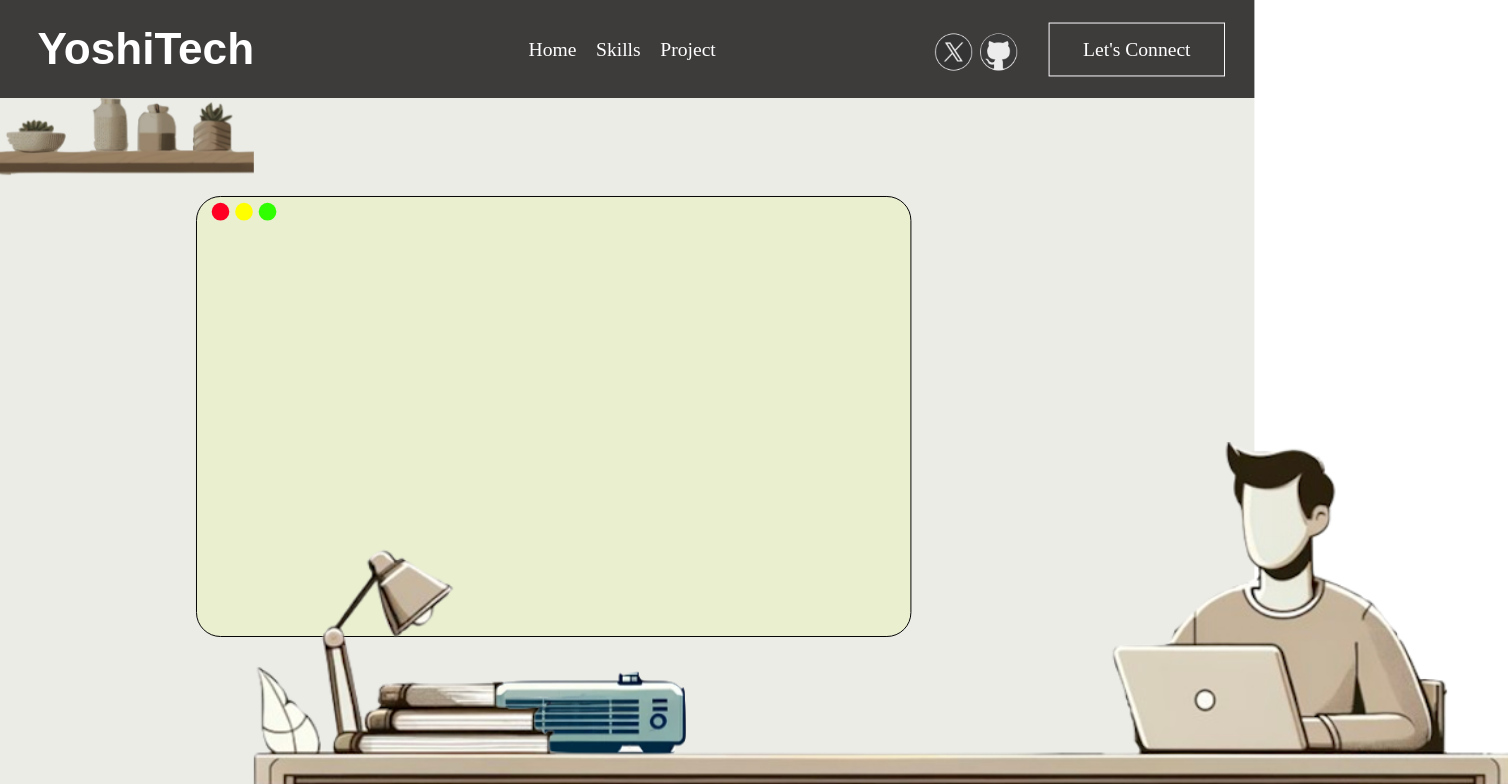
Repository: Yoshiki0418/My_Portfolio
Page: index.html
An editor plug-in stored every save of this project. The page is shown before and after the next save, followed by the edit.
The browser window is 1280 px wide. The page is 1539 px wide, then 1280 px, so the pictures cover 1539 px, including what lies to the right of the window. The pictures show the whole page, at 98% of full size.

Above is the page before, as saved 2024-01-05 23:44:06.

### index.html
<!DOCTYPE html>
<html lang="ja">
<head>
    <meta charset="UTF-8">
    <meta name="viewport" content="width=device-width, initial-scale=1.0">
    <title>Document</title>
    <link rel="stylesheet" type="text/css" href="style.css">
</head>
<body>
    <header>
        <h1 class="Logo">YoshiTech</h1>
        <div class="page_changer">
            <a class="changer_font">Home</a>
            <a class="changer_font">Skills</a>
            <a class="changer_font">Project</a>
        </div>
        <div class="sns_container">
            <a><img src="static/image/X.png" class="sns_pic"></a>
            <a><img src="static/image/GitHub.png" class="sns_pic"></a>
        </div>
        <div class="connect_container">
            <a class="connect_font">Let's Connect</a>
        </div>
    </header>
    <main>
        <section class="hero_section">
            <div class="monitor_container">
                <div class="circle_container">
                    <div class="circle1"></div>
                    <div class="circle2"></div>
                    <div class="circle3"></div>
                </div>
            </div>
            <img class="background2" src="static/image/4.png">
            <img class="background_sub" src="static/image/2.png">
            <img class="background" src="static/image/1.png">
        </section>
    </main>

</body>
</html>

### style.css
*{
    margin: 0;
    padding: 0;
    box-sizing: border-box; /* サイズ計算をより予測しやすくするためのプロパティ */
}

header {
	display: flex;					/*flexボックスを使う指定*/
	align-items: center;			/*垂直揃えの指定。天地中央に配置されるように。*/
    width: 100%;
    height: 100px;
	background-color: #3E3B3B;
    position: relative;
}

.Logo{
    margin-left: 3%;
    color: white;
    font-family: 'Comic Sans MS', 'Arial Rounded MT Bold', sans-serif;
    font-size: 45px;
}

.page_changer{
    display: flex;
	align-items: center;
    padding: 20px;
    margin-left: 250px;
    margin-right: 250px;
}

.changer_font{
    color: white;
    margin: 10px;
    font-size: 20px;
}

.connect_font{
    color: white;
    font-size: 20px;
}

.connect_container{
    position: absolute;
    right: 30px;
    width: 180px;
    height: 55px;
    border: 1px solid white;
    display: flex;
    align-items: center;
    justify-content: center;
}

.sns_pic{
    width: 38px;
    height: auto;
    margin: 2px;
}

.sns_container{
    margin-top: 10px;
    position: absolute;
    right: 240px;
}

.hero_section{
    background-color: #ECECE7;
    width: 100%;
    height: 700px;
    position: relative;
}

.monitor_container{
    background-color: #E9EFCF;
    width: 730px;
    height: 450px;
    margin-left: 200px;
    border: 1px solid rgb(0, 0, 0);
    position: absolute;
    top: 100px;
    border-radius: 25px;
    display: flex;
    flex-wrap: wrap;
}

.circle_container{
	display: flex;
	flex-wrap: wrap;
    position: absolute;
    top: 6px;
    left: 15px;
}

.background{
    position: absolute;
    bottom: 0px;
    width: 100%;
    height: auto;
}

.background_sub{
    position: absolute;
    bottom: 30px;
    left: 500px;
    width: 200px;
    height: auto;
}

.circle1 {
    width: 18px;
    height: 18px;
    border-radius: 50%;
    background-color: rgb(255, 0, 34);
    margin-right: 6px;
}

.circle2 {
    width: 18px;
    height: 18px;
    border-radius: 50%;
    background-color: rgb(255, 255, 0);
    margin-right: 6px;
}

.circle3 {
    width: 18px;
    height: 18px;
    border-radius: 50%;
    background-color: rgb(47, 255, 0);
}

After the next save:
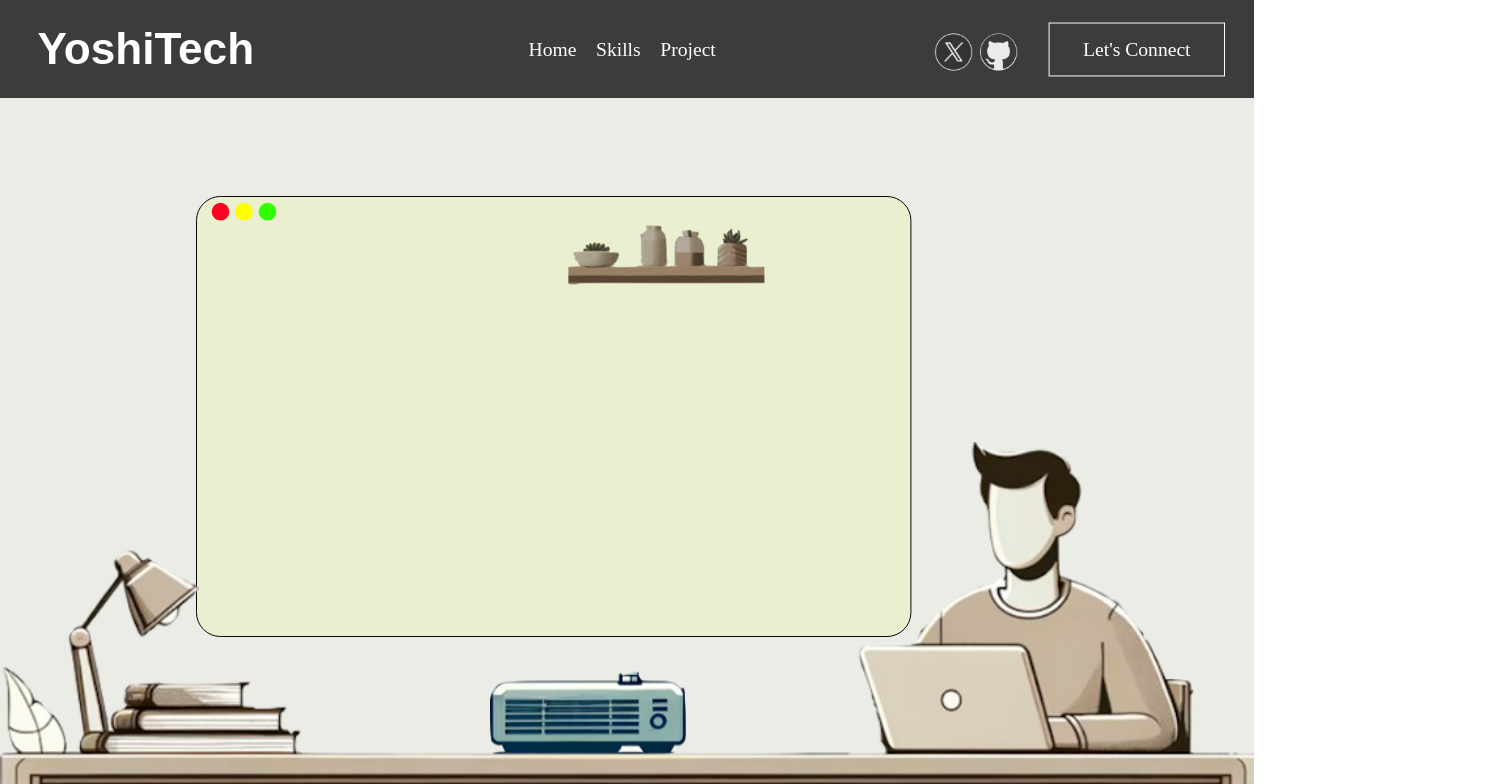
Saved 64 s later.
--- a/style.css
+++ b/style.css
@@ -105,6 +105,14 @@
     height: auto;
 }
 
+.background2{
+    position: absolute;
+    top: 130px;
+    right: 500px;
+    width: 200px;
+    height: auto;
+}
+
 .circle1 {
     width: 18px;
     height: 18px;
